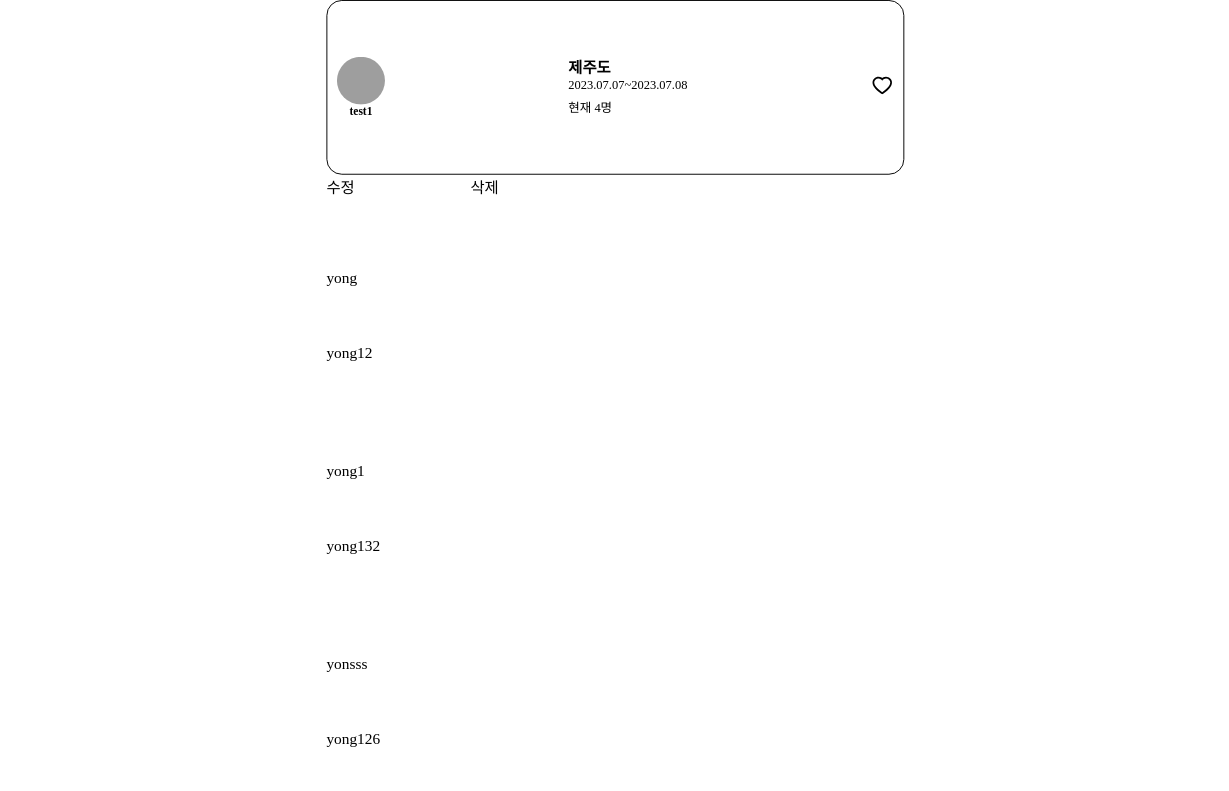
Repository: the-graces/matrip-web
Page: /tripSchedule (app in matrip/)
An editor plug-in stored every save of this project. The page is shown before and after the next save, followed by the edit.
The browser window is 1280 px wide. The pictures show the whole page, at 96% of full size.
Pictures or frames that could not be fetched are drawn as grey boxes. The project was rebuilt for these pictures with package versions that can differ from the ones it lists, and the page was loaded fresh each time. Also part of the build but not shown: matrip/src/pages/Main/mainStyle.tsx, matrip/src/pages/Main/Post.tsx, matrip/src/pages/Main/index.tsx, matrip/src/pages/FriendSearch/friendSearchStyle.tsx, matrip/src/pages/FriendSearch/index.tsx, matrip/src/pages/ItineraryInfo/index.scss, matrip/src/pages/ItineraryInfo/itineraryInfoStyle.tsx, matrip/src/pages/ItineraryInfo/index.tsx and 3 more.

Above is the page before, as saved 2023-07-09 12:42:54.

### matrip/src/App.tsx
import React from "react";
import { BrowserRouter, Route, Routes } from "react-router-dom";
import Main from "./pages/Main";

import FriendSearch from "./pages/FriendSearch";
import ItineraryInfo from "./pages/ItineraryInfo";
import UserProfile from "./pages/UserProfile";

import GlobalFonts from "./styles/fonts";
import TripSchedule from "./pages/TripSchedule";

function App() {
   return (
      <BrowserRouter>
         <GlobalFonts />
         <Routes>
            <Route
               path="/"
               element={<Main />}
            />
            <Route
               path="/friendSearch"
               element={<FriendSearch />}
            />
            <Route
               path="/itineraryInfo"
               element={<ItineraryInfo />}
            />
            <Route
               path="/userProfile"
               element={<UserProfile />}
            />
            <Route
               path="/tripSchedule"
               element={<TripSchedule />}
            />
         </Routes>
      </BrowserRouter>
   );
}

export default App;

### matrip/src/styles/fonts/index.js
import { createGlobalStyle } from "styled-components";
import Prentendard from "./Pretendard-Regular.woff2";

export default createGlobalStyle`
@font-face {
    font-family: "Prentendard";
    src: url(${Prentendard}) fromat("woff2");
}`;

### matrip/src/pages/TripSchedule/index.tsx
import React from "react";
import "./index.scss";

import * as iss from "./TripScheduleStyle";
import * as gs from "../../styles/GlobalStyles";
import "./index.scss";
import { fdata } from "../../data/userdata";
import { postdata } from "../../data/postdata";
import { AiOutlineHeart } from "react-icons/ai";

const TripSchedule: React.FC = () => {
  const post = postdata[0];

  return (
    <gs.MainContainer>
      <iss.MainContainer>
        <iss.postBox key={post.id}>
          <iss.profileBox to={"/userProfile"}>
            <iss.profileImgBox>
              <iss.profileImg src={post.imgurl} alt="유저 프로필" />
            </iss.profileImgBox>
            <iss.Nickname>{post.nick}</iss.Nickname>
          </iss.profileBox>
          <iss.postContent to={"/itineraryInfo"}>
            <iss.postTitle>{post.destination}</iss.postTitle>
            <iss.postPeriod>
              {post.startDate}~{post.endData}
            </iss.postPeriod>
            <iss.postPeriod>현재 {post.personnel}명</iss.postPeriod>
          </iss.postContent>
          <div>
            <iss.LikeBtn>
              <AiOutlineHeart size="24" />
            </iss.LikeBtn>
          </div>
        </iss.postBox>

        <iss.TripSchedulePostButton>
          <iss.TripSchedulePostButtonR>수정</iss.TripSchedulePostButtonR>
          <iss.TripSchedulePostButtonL>삭제</iss.TripSchedulePostButtonL>
        </iss.TripSchedulePostButton>

        {fdata.map((friend, index) => (
          <iss.TripScheduleAppList key={index}>
            <iss.TripScheduleAppList>
              <iss.TripScheduleAppList></iss.TripScheduleAppList>
              <iss.TripScheduleAppList>{friend.nick}</iss.TripScheduleAppList>
            </iss.TripScheduleAppList>
            <iss.TripScheduleAppList>
              <iss.TripScheduleAppList>{friend.id}</iss.TripScheduleAppList>
            </iss.TripScheduleAppList>
          </iss.TripScheduleAppList>
        ))}
      </iss.MainContainer>
    </gs.MainContainer>
  );
};

export default TripSchedule;

### matrip/src/styles/GlobalStyles.tsx
import { styled } from "styled-components";

// 전체 화면 컨테이너
export const MainContainer = styled.div`
   width: 100%;
   display: flex;
   justify-content: center;
   font-family: Pretendard;
`;

// 그 안에 들어갈 내용을 감싸는 컨테이너
export const MainBox = styled.div`
   max-width: 600px;
   width: 100%;
   display: flex;
   flex-direction: column;
   align-items: center;

   @media screen and (min-width: 600px) {
      width: 600px;
   }
`;

### matrip/src/data/userdata.ts
export const fdata = [
    {
      nick: 'yong',
      id: 'yong12',
      imgurl:
        'https://img2.daumcdn.net/thumb/R658x0.q70/?fname=https://t1.daumcdn.net/news/202302/21/spotvnews/20230221133133423kfxy.jpg',
      email : "thegracec@asac.com",
      sex : "female",
      birth : "1995.12.12"
    },
    {
      nick: 'yong1',
      id: 'yong132',
      imgurl:
        'https://img2.daumcdn.net/thumb/R658x0.q70/?fname=https://t1.daumcdn.net/news/202302/21/spotvnews/20230221133133423kfxy.jpg',
      email : "thegracec@asac.com",
      sex : "female",
      birth : "1995.12.12"
    },
    {
      nick: 'yonsss',
      id: 'yong126',
      imgurl:
        'https://img2.daumcdn.net/thumb/R658x0.q70/?fname=https://t1.daumcdn.net/news/202302/21/spotvnews/20230221133133423kfxy.jpg',
      email : "thegracec@asac.com",
      sex : "female",
      birth : "1995.12.12"
    },
  ]

### matrip/src/pages/TripSchedule/TripScheduleStyle.tsx
import { Link } from "react-router-dom";
import { styled } from "styled-components";

export const MainContainer = styled.div`
  max-width: 600px;
  width: 100%;


  @media screen and (min-width: 600px) {
    width: 600px;
  }
`;

export const postBox = styled.div`
  width: 100%;
  height: 180px;
  display: flex;
  align-items: center;
  justify-content: space-between;
  border: solid #000 1px;
  border-radius: 16px;
`;

export const profileBox = styled(Link)`
  padding: 0 10px;
  display: flex;
  flex-direction: column;
  align-items: center;
  color: #000;
  text-decoration: none;
`;
export const profileImgBox = styled.div`
  width: 50px;
  height: 50px;
`;

export const profileImg = styled.img`
  width: 100%;
  height: 100%;
  object-fit: cover;
  border-radius: 50%;
`;

export const Nickname = styled.h4`
  font-size: 12px;
  font-weight: 600;
  margin: 0;
`;

export const postContent = styled(Link)`
  color: #000;
  text-decoration: none;
`;

export const postTitle = styled.div`
  font-size: 16px;
  font-weight: 800;
`;

export const postPeriod = styled.div`
  font-size: 13px;
  margin-bottom: 5px;
`;

export const LikeBtn = styled.button`
  border: none;
  background: none;
  cursor: pointer;
  padding: 0 10px;
`;


export const TripSchedulePostButton = styled.div`
    width: 50%;
    display: flex;
    border-radius: 40px;


`
export const TripSchedulePostButtonR = styled.div`
    width: 50%;
    display: flex;
    border-radius: 40px;


`

export const TripSchedulePostButtonL = styled.div`
    width: 50%;
    display: flex;
    border-radius: 40px;


`




export const TripScheduleAppList = styled.div`
  width: 100%;
  margin: 15px 0px;

  display: flex;
  flex-direction: column;
`;

### matrip/src/data/postdata.ts
export const postdata = [
  {
    id: "1",
    nick: "test1",
    imgurl:
      "https://img2.daumcdn.net/thumb/R658x0.q70/?fname=https://t1.daumcdn.net/news/202302/21/spotvnews/20230221133133423kfxy.jpg",
    destination: "제주도",
    startDate: "2023.07.07",
    endData: "2023.07.08",
    personnel: 4,
  },
  {
    id: "2",
    nick: "test2",
    imgurl:
      "https://img2.daumcdn.net/thumb/R658x0.q70/?fname=https://t1.daumcdn.net/news/202302/21/spotvnews/20230221133133423kfxy.jpg",
    destination: "제주도",
    startDate: "2023.07.07",
    endData: "2023.07.08",
    personnel: 4,
  },
  {
    id: "3",
    nick: "test3",
    imgurl:
      "https://img2.daumcdn.net/thumb/R658x0.q70/?fname=https://t1.daumcdn.net/news/202302/21/spotvnews/20230221133133423kfxy.jpg",
    destination: "제주도",
    startDate: "2023.07.07",
    endData: "2023.07.08",
    personnel: 4,
  },
  {
    id: "4",
    nick: "test4",
    imgurl:
      "https://img2.daumcdn.net/thumb/R658x0.q70/?fname=https://t1.daumcdn.net/news/202302/21/spotvnews/20230221133133423kfxy.jpg",
    destination: "제주도",
    startDate: "2023.07.07",
    endData: "2023.07.08",
    personnel: 4,
  },
  {
    id: "5",
    nick: "test5",
    imgurl:
      "https://img2.daumcdn.net/thumb/R658x0.q70/?fname=https://t1.daumcdn.net/news/202302/21/spotvnews/20230221133133423kfxy.jpg",
    destination: "제주도",
    startDate: "2023.07.07",
    endData: "2023.07.08",
    personnel: 4,
  },
];

Loaded but not shown: matrip/public/index.html (common file); matrip/src/index.tsx (common file); matrip/src/index.css (common file); matrip/src/reportWebVitals.ts (common file)

After the next save:
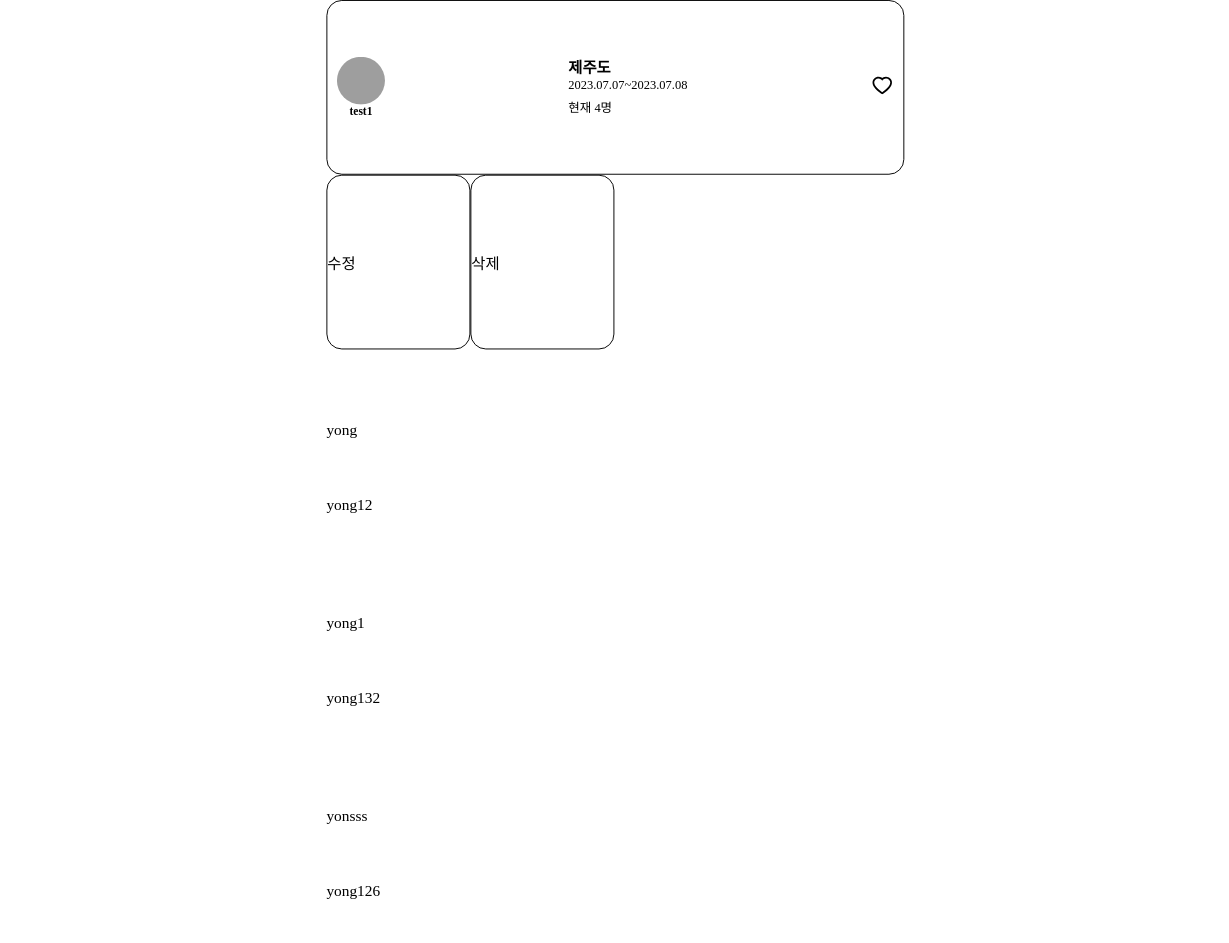
Saved 31 s later.
--- a/matrip/src/pages/TripSchedule/TripScheduleStyle.tsx
+++ b/matrip/src/pages/TripSchedule/TripScheduleStyle.tsx
@@ -4,7 +4,6 @@ import { styled } from "styled-components";
 export const MainContainer = styled.div`
   max-width: 600px;
   width: 100%;
-
 
   @media screen and (min-width: 600px) {
     width: 600px;
@@ -69,32 +68,31 @@ export const LikeBtn = styled.button`
   padding: 0 10px;
 `;
 
+export const TripSchedulePostButton = styled.div`
+  width: 50%;
+  display: flex;
+  border-radius: 40px;
+`;
 
-export const TripSchedulePostButton = styled.div`
-    width: 50%;
-    display: flex;
-    border-radius: 40px;
-
-
-`
 export const TripSchedulePostButtonR = styled.div`
-    width: 50%;
-    display: flex;
-    border-radius: 40px;
-
-
-`
+  width: 100%;
+  height: 180px;
+  display: flex;
+  align-items: center;
+  justify-content: space-between;
+  border: solid #000 1px;
+  border-radius: 16px;
+`;
 
 export const TripSchedulePostButtonL = styled.div`
-    width: 50%;
-    display: flex;
-    border-radius: 40px;
-
-
-`
-
-
-
+  width: 100%;
+  height: 180px;
+  display: flex;
+  align-items: center;
+  justify-content: space-between;
+  border: solid #000 1px;
+  border-radius: 16px;
+`;
 
 export const TripScheduleAppList = styled.div`
   width: 100%;
